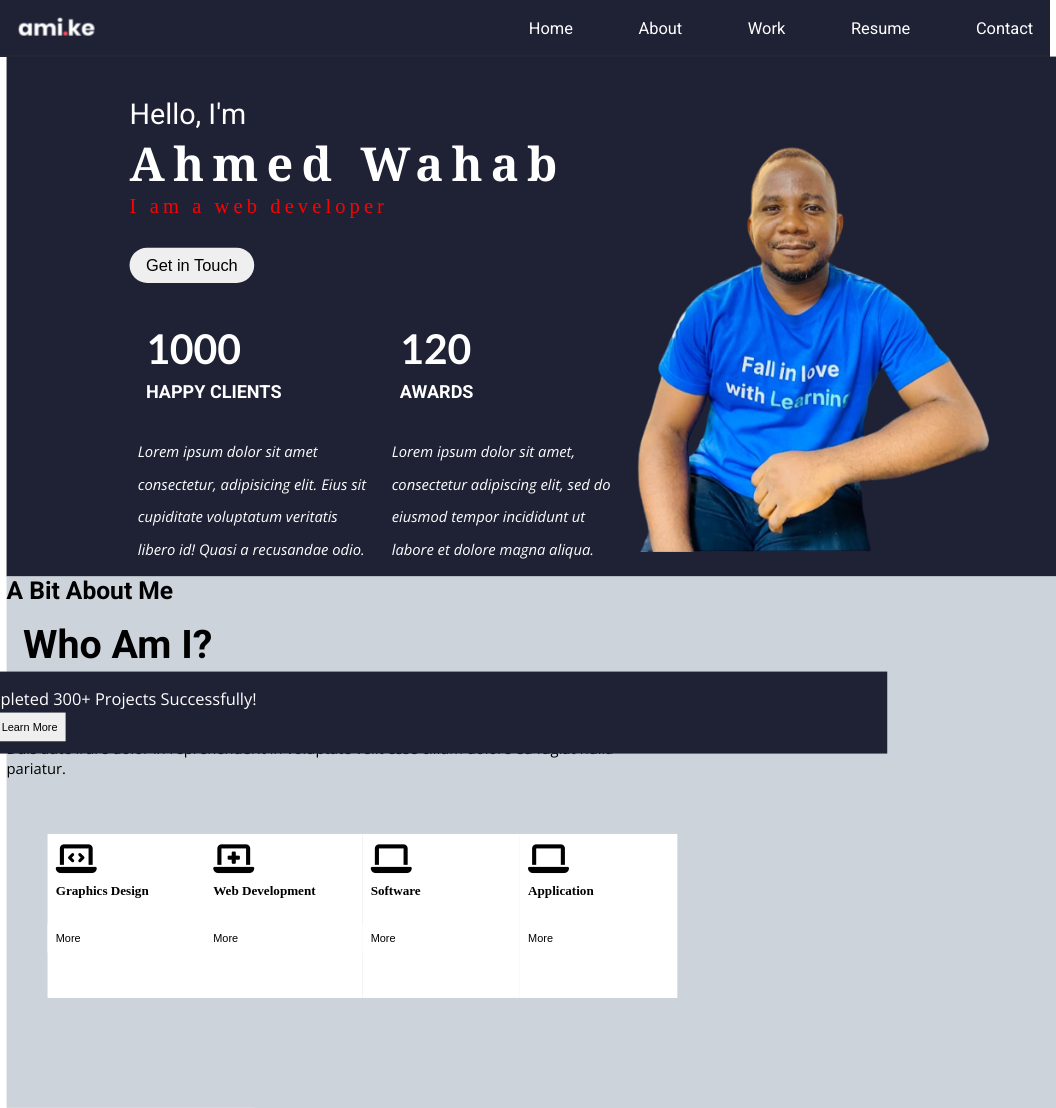
Repository: imokha01/HTML
Page: index.html
These files come from the project's save history. The page is drawn as it stood at one moment and after a run of saves; the edit follows.
The browser window is 1280 px wide. The page is 1288 px wide, so the pictures cover 1288 px, including what lies to the right of the window. The pictures show the whole page, at 82% of full size.

Above is the page before, as saved 2023-11-28 00:22:43.

After the next 2 saves:
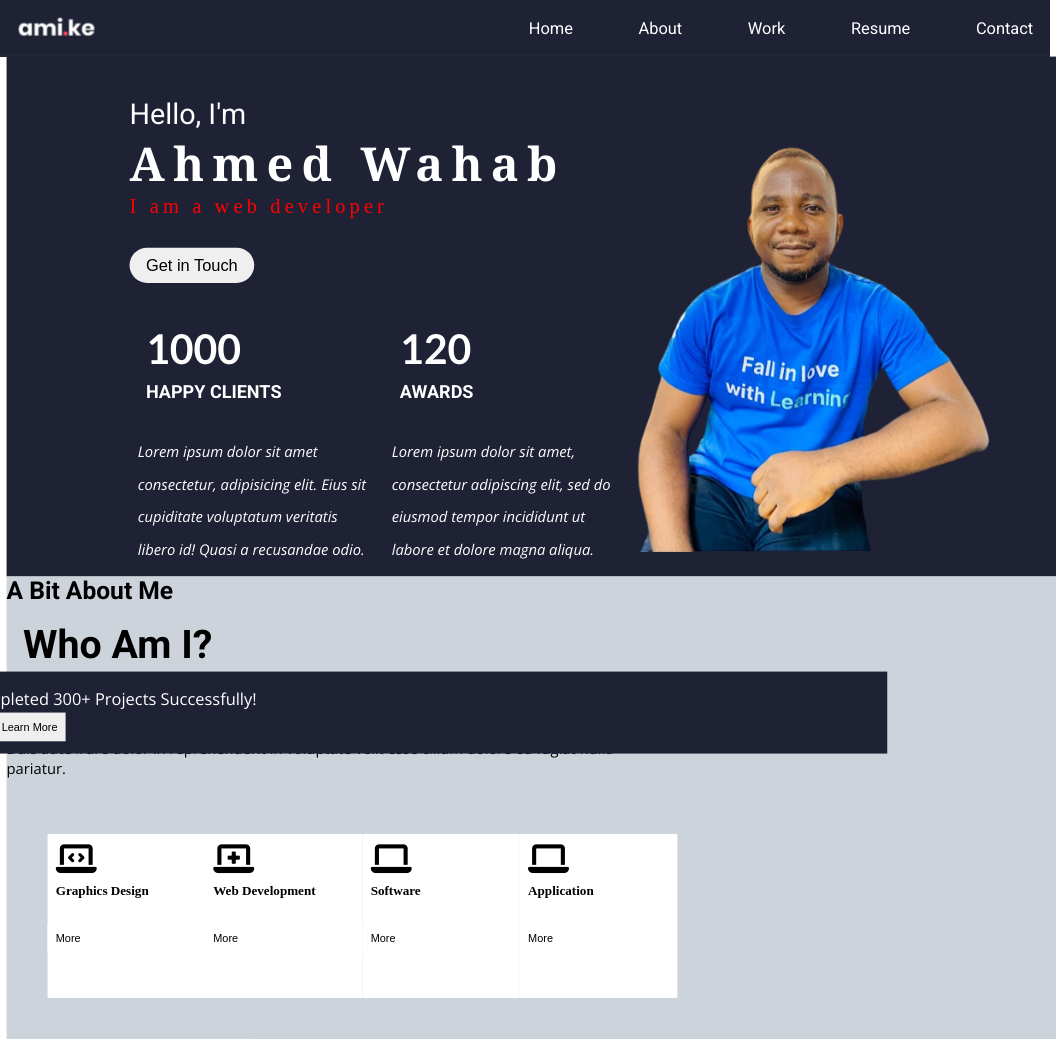
The 2 saves are shown as one change because they came seconds apart.
The last was saved 9 s later.
--- a/index.css
+++ b/index.css
@@ -200,6 +200,7 @@
   background-color: #ccd3db;
 display: flex;
 flex-direction: column;
+al
   height: 90vh;
   top: -50px;
 }

After the save that followed:
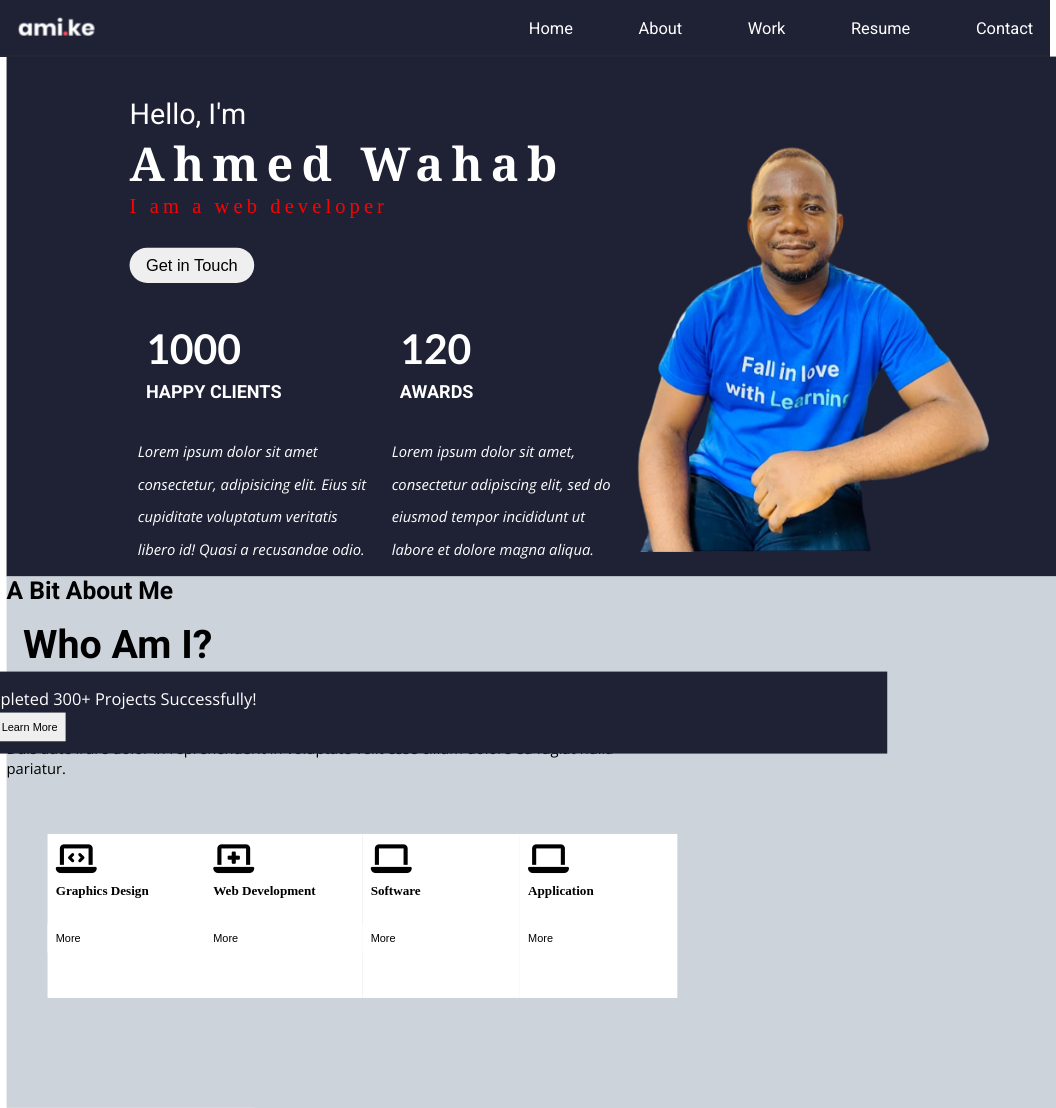
Saved 4 s later.
--- a/index.css
+++ b/index.css
@@ -200,7 +200,7 @@
   background-color: #ccd3db;
 display: flex;
 flex-direction: column;
-al
+align-items: ;
   height: 90vh;
   top: -50px;
 }
